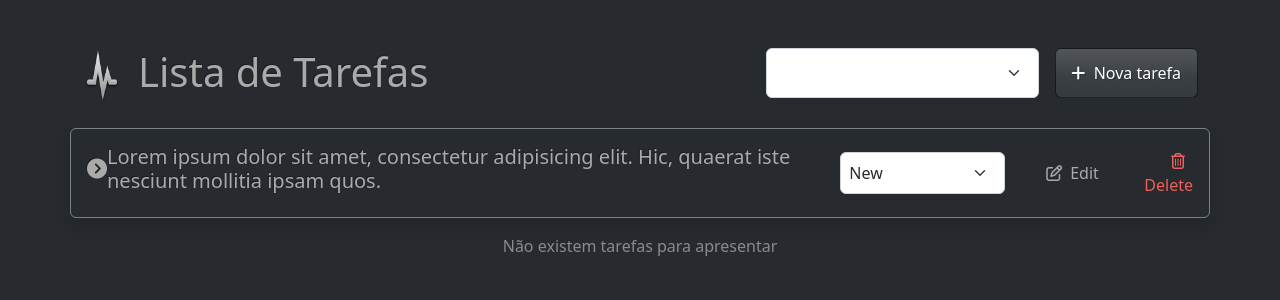
Repository: cargugati/lista_tarefas
Page: frontEnd/index.html
An editor plug-in stored every save of this project. The page is shown before and after a run of saves, followed by the edit.
The browser window is 1280 px wide. The pictures show the whole page.

Above is the page before, as saved 2023-03-18 23:00:53.

### frontEnd/index.html
<!DOCTYPE html>
<html lang="pt-br">

<head>
  <meta charset="UTF-8">
  <meta http-equiv="X-UA-Compatible" content="IE=edge">
  <meta name="viewport" content="width=device-width, initial-scale=1.0">
  <title>Lista de Tarefas</title>
  <link rel="stylesheet" href="./assets/css/bootstrap.min.css">
  <link rel="stylesheet" href="./assets/fontawesome/css/all.min.css">
  <link rel="shortcut icon" href="./assets/images/favicon.png" type="image/png">
</head>

<body>
  <div class="container my-5">

    <!-- cabeçalho -->
    <div class="row mb-4">
      <div class="col">
        <div class="d-flex justify-content-start">
          <img src="./assets/images/favicon.png" alt="Logo" class="img-fluid me-3" width="40px">
          <h1>Lista de Tarefas</h1>
        </div>

      </div>
      <div class="col text-end">
        <div class="d-flex justify-content-end">
          <select id="select_filter" class="form-select w-50 p-2 me-3">
            <option value=""></option>
            <option value="1">filtro 1</option>
          </select>
          <a href="new_task.html" class="btn btn-primary"><i class="fa-solid fa-plus me-2"></i>Nova tarefa</a>
        </div>
      </div>
    </div>

    <!-- aspecto visual de uma tarefa -->
    <div class="row mb-3">
      <div class="col-12 border border-secondary rounded p-3 shadow">
        <div class="row align-items-center">
          <div class="col-8">
            <div class="d-flex align-items-center">
              <h5> <i class="fa-solid fa-circle-chevron-right"></i> </h5>
              <h5>
                Lorem ipsum dolor sit amet, consectetur adipisicing elit. Hic, quaerat iste nesciunt mollitia ipsam
                quos.
              </h5>
            </div>
          </div>
          <div class="col-2">
            <select id="task_status" class="form-select p-2">
              <option value="new">New</option>
              <option value="in progress">In progress</option>
              <option value="canceled">Canceled</option>
              <option value="done">Done</option>
            </select>
          </div>
          <div class="col-1 text-end"><i class="fa-regular fa-pen-to-square me-2"></i>Edit</div>
          <div class="col-1 text-end text-danger"><i class="fa-regular fa-trash-can me-2"></i>Delete</div>
        </div>
      </div>
    </div>


    <!-- sem tarefa -->
    <div class="row " id="no_tasks">
      <div class="col text-center">
        <span class="opacity-75">Não existem tarefas para apresentar</span>
      </div>
    </div>
  </div>


  <script src="./assets/js/bootstrap.bundle.min.js"></script>
</body>

</html>

Loaded but not shown: frontEnd/assets/css/bootstrap.min.css (library); frontEnd/assets/fontawesome/css/all.min.css (library); frontEnd/assets/js/bootstrap.bundle.min.js (library)

After the next 2 saves:
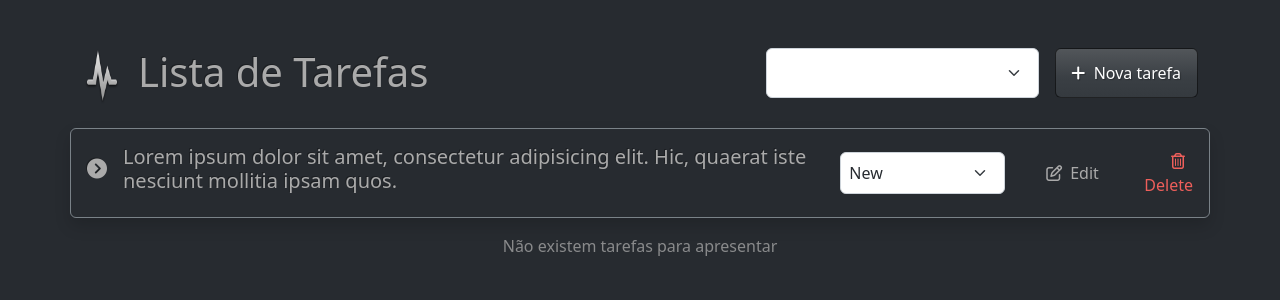
The 2 saves are shown as one change because they came seconds apart.
The last was saved 78 s later.
--- a/frontEnd/index.html
+++ b/frontEnd/index.html
@@ -40,7 +40,7 @@
         <div class="row align-items-center">
           <div class="col-8">
             <div class="d-flex align-items-center">
-              <h5> <i class="fa-solid fa-circle-chevron-right"></i> </h5>
+              <h5 class="me-3"> <i class="fa-solid fa-circle-chevron-right"></i> </h5>
               <h5>
                 Lorem ipsum dolor sit amet, consectetur adipisicing elit. Hic, quaerat iste nesciunt mollitia ipsam
                 quos.
